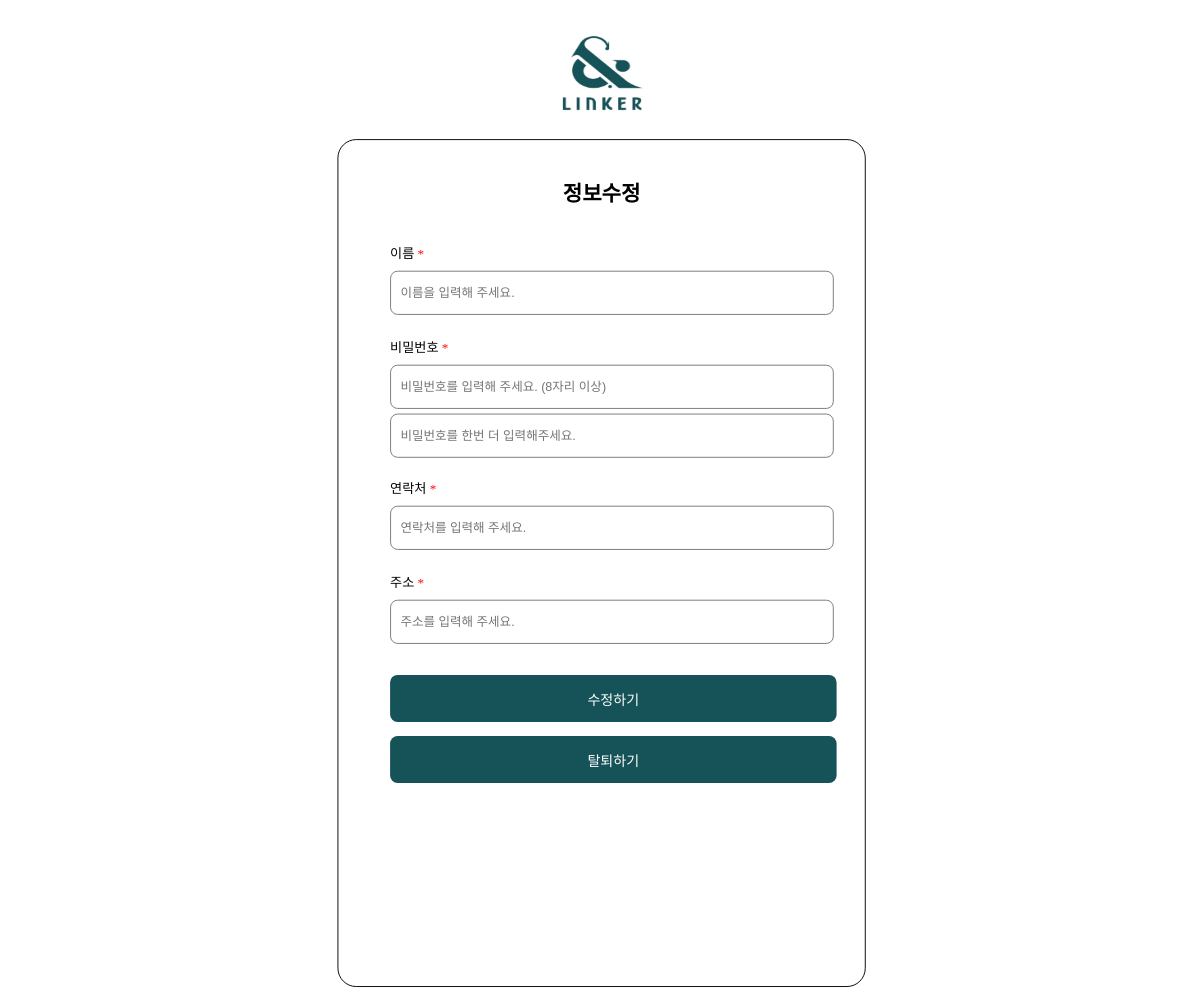
Repository: soomseting/let_me_go
Page: http://localhost/LINKER_re/jsp/main/user_update.jsp
The author's editor kept a copy of each file at every save. The page is drawn from the files as they stood at one save, then again after the next save.
The browser window is 1280 px wide. The pictures show the whole page, at 94% of full size.
The pointer rests on the first visible `.su_con_for>.sui2`.
The page is served by Tomcat 9.

Above is the page before, as saved 2025-03-24 02:09:04.
Console error: TypeError: Cannot set properties of null (setting 'onclick')

After the next save:
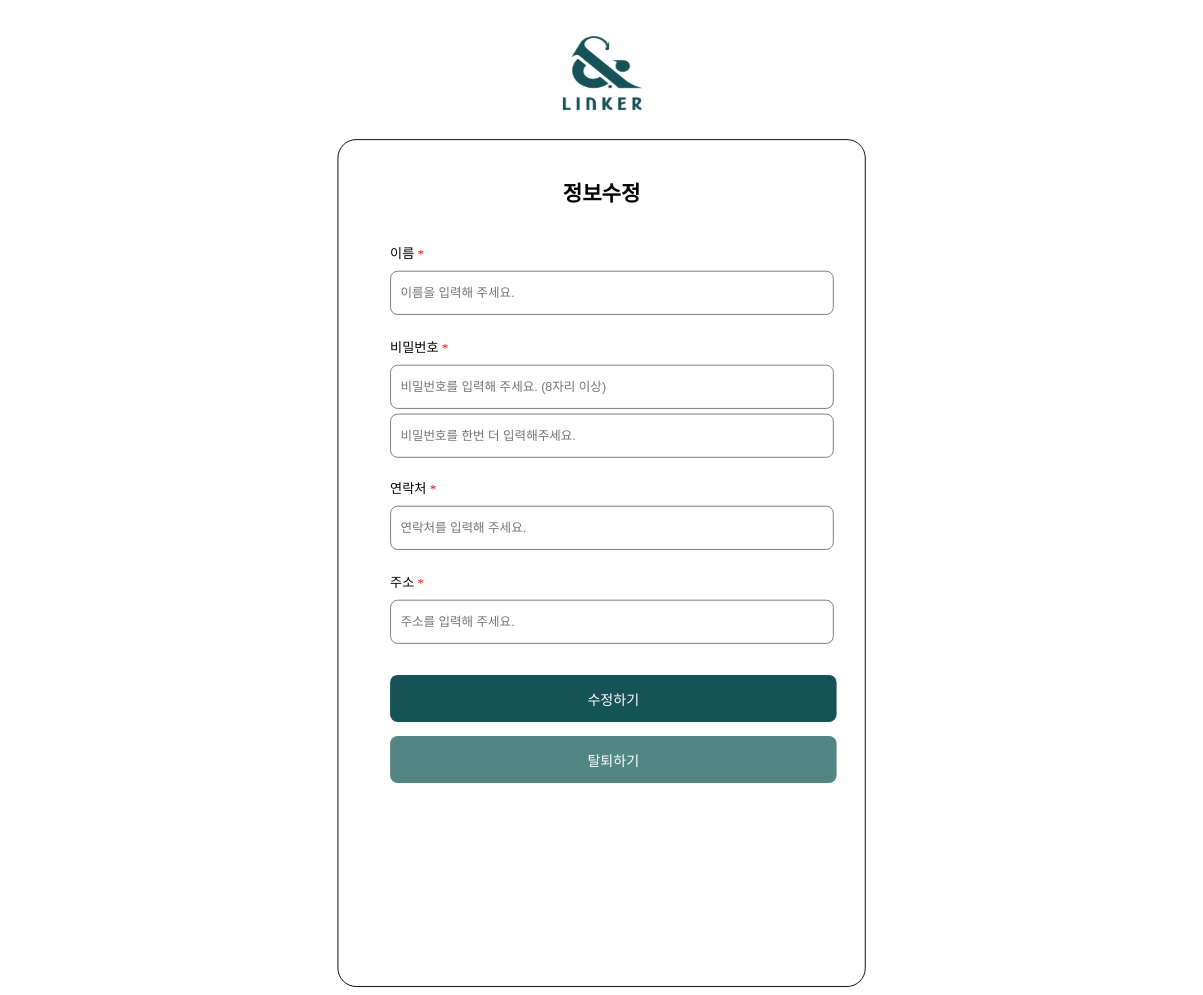
Saved 12 s later.
--- a/LINKER_re/src/main/webapp/css/sign_up.css
+++ b/LINKER_re/src/main/webapp/css/sign_up.css
@@ -16,6 +16,7 @@
 /* .su_con_for{margin-top: 15px;} */
 .su_con_for input{width: 475px;height: 50px; margin-top: 10px; background: #165358; color: #fff;font-size: 15px;transition: 0.3s;border: none;}
 .su_con_for>.sui1:hover input{background: #518682; transition: 0.3s;border: none;cursor: pointer;}
+.su_con_for>.sui2:hover input{background: #518682; transition: 0.3s;border: none;cursor: pointer;}
 
 #sign_up_agree{font-size: 10px;margin-bottom: 10px;color: rgb(154, 155, 167);}
 
